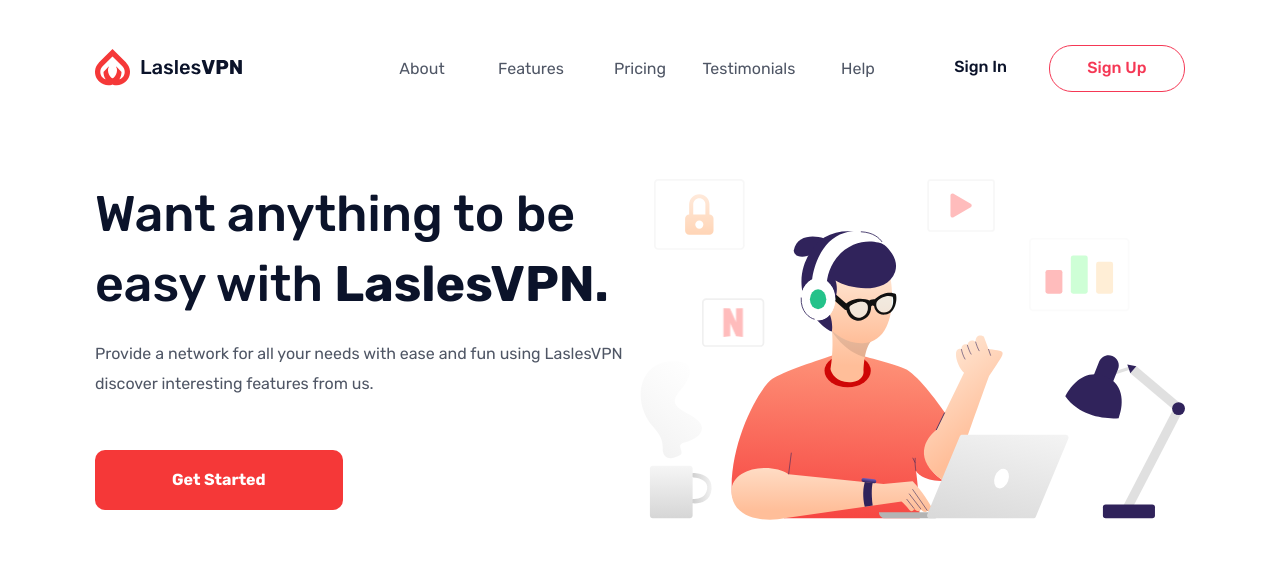
Repository: pixendrit/beetroot-fe-g1
Page: classwork/15 - CSS GRID layout/vpn-grid/index.html
An editor plug-in stored every save of this project. The page is shown before and after the next save, followed by the edit.
The browser window is 1280 px wide. The pictures show the whole page.

Above is the page before, as saved 2021-02-15 18:37:38.

### classwork/15 - CSS GRID layout/vpn-grid/index.html
<!DOCTYPE html>
<html lang="en">

<head>
  <meta charset="UTF-8">
  <meta http-equiv="X-UA-Compatible" content="IE=edge">
  <meta name="viewport" content="width=device-width, initial-scale=1.0">
  <link rel="preconnect" href="https://fonts.gstatic.com">
  <link href="https://fonts.googleapis.com/css2?family=Rubik:ital,wght@0,300;0,400;0,500;0,600;0,700;0,800;0,900;1,300;1,400;1,500;1,600;1,700;1,800;1,900&display=swap"
    rel="stylesheet">
  <link rel="stylesheet" href="./css/app.css">
  <title>VPN</title>
</head>

<body>
  <header class="main-header">
    <div class="container">
      <div class="grid-container">
        <a href="#" class="logo"><img src="./assets/logo.svg" alt="VPN"></a>
        <nav class="main-nav">
          <ul>
            <li><a href="#">About</a></li>
            <li><a href="#">Features</a></li>
            <li><a href="#">Pricing </a></li>
            <li><a href="#">Testimonials</a></li>
            <li><a href="#">Help</a></li>
          </ul>
        </nav>
        <nav class="nav-buttons">
          <a href="#" class="btn btn--empty">Sign In</a>
          <a href="#" class="btn btn--reversed">Sign Up</a>
        </nav>
      </div>
    </div>
  </header>
  <main class="main-content">
    <section class="hero">
      <div class="container">
        <div class="grid-container">
          <div class="hero__text">
            <h1>Want anything to be easy with <strong>LaslesVPN.</strong></h1>
            <p>Provide a network for all your needs with ease and fun using LaslesVPN discover interesting features from us.</p>
            <a href="" class="btn btn--big">Get Started</a>
          </div>
          <div class="hero__illustration">
            <svg width="612" height="383" viewBox="0 0 612 383" fill="none" xmlns="http://www.w3.org/2000/svg" xmlns:xlink="http://www.w3.org/1999/xlink">
              <path
                d="M148.253 224.689C159.46 216.907 201.156 202.889 220.604 196.853H242.447C255.411 200.066 284.535 207.791 297.326 212.976C310.117 218.161 333.436 248.866 342.799 263.126L332.611 282.633C306.684 308.215 327.574 330.8 341.402 339.154C320.661 339.154 311.73 331.376 309.858 327.487C311.932 339.241 313.603 368.106 314.179 381.07H161.641V357.51H103.462C98.1005 298.848 134.244 234.417 148.253 224.689Z"
                fill="url(#paint0_linear)" />
              <ellipse cx="233.172" cy="215.361" rx="25.9725" ry="18.5082" fill="#CF0606" />
              <path
                d="M213.89 213.45C217.262 194.065 216.074 176.128 215.547 169.939C216.284 164.145 246.944 174.997 261.692 180.792C253.37 185.006 251.114 206.075 251.026 216.083C251.289 219.376 249.235 226.355 238.911 227.935C221.634 229.937 215.032 219.112 213.89 213.45Z"
                fill="url(#paint1_linear)" />
              <mask id="mask0" mask-type="alpha" maskUnits="userSpaceOnUse" x="213" y="168" width="49" height="61">
                <path
                  d="M213.89 213.45C217.262 194.065 216.074 176.128 215.547 169.939C216.284 164.145 246.944 174.997 261.692 180.792C253.37 185.006 251.114 206.075 251.026 216.083C251.289 219.376 249.235 226.355 238.911 227.935C221.634 229.937 215.032 219.112 213.89 213.45Z"
                  fill="#BABABA" />
              </mask>
              <g mask="url(#mask0)">
                <path opacity="0.1"
                  d="M256.589 200.902C235.826 197.662 220.433 179.408 215.331 170.686C227.182 168.241 253.828 164.819 265.608 170.686C277.389 176.553 264.504 193.275 256.589 200.902Z"
                  fill="black" />
              </g>
              <path
                d="M250.264 184.341C284.366 182.858 285.34 136.222 281.565 113.089C219.951 60.8648 195.211 101.9 190.544 128.945C196.241 148.028 216.161 185.824 250.264 184.341Z"
                fill="url(#paint2_linear)" />
              <path d="M206.245 66.4749C196.434 63.3823 175.98 61.836 172.653 80.3916C172.653 92.3887 201.606 89.3494 206.245 66.4749Z" fill="#30235B" />
              <path d="M218.058 128.098L231.953 140.032L230.445 146.992L217.485 135.618L218.058 128.098Z" fill="#111111" />
              <path
                d="M203.929 138.83C215.791 148.879 216.56 164.571 215.461 171.161C211.617 170.131 200.881 163.459 188.69 145.008C169.25 105.304 192.671 75.6093 206.812 65.7246C244.703 43.6901 295.362 77.8745 286.507 104.028C277.652 130.181 235.299 124.14 219.58 114.118C222.874 124.003 219.854 133.75 217.932 137.388C210.519 120.09 189.102 126.268 203.929 138.83Z"
                fill="#30235B" />
              <path
                d="M229.321 60.6219C254.553 53.3745 269.92 66.4378 274.45 73.8754C269.361 71.1352 255.258 67.299 239.555 73.8754C214.726 85.2834 209.301 109.609 209.693 120.346L193.252 119.172V113.132C194.762 98.6487 204.089 67.8694 229.321 60.6219Z"
                fill="white" />
              <ellipse cx="199.985" cy="135.067" rx="19.2976" ry="23.6088" fill="white" />
              <ellipse cx="199.985" cy="135.067" rx="19.2976" ry="23.6088" fill="white" />
              <ellipse cx="199.985" cy="135.067" rx="9.21133" ry="11.2692" fill="#24C28A" />
              <path opacity="0.5"
                d="M284.303 131.464C277.15 129.254 269.447 133.967 266.489 136.6C261.111 141.735 269.266 154.792 278.695 148.777C286.238 143.965 285.577 135.231 284.303 131.464Z"
                fill="#E6FCFF" />
              <path fill-rule="evenodd" clip-rule="evenodd"
                d="M263.458 135.05C273.804 125.493 283.615 127.126 287.228 129.138C289.318 134.673 287.228 150.849 275.69 152.283C266.459 153.43 263.296 146.294 262.868 142.582C261.114 141.165 259.948 142.387 259.585 143.174C259.888 153.49 251.596 160.467 242.696 158.849C235.577 157.555 232.478 150.441 231.818 147.045H230.346V141.01C239.617 131.932 252.425 134.157 257.67 136.404C259.049 135.321 262.104 135.05 263.458 135.05ZM283.76 132.112C276.607 129.901 270.072 133.689 267.114 136.322C261.736 141.457 268.8 154.038 278.669 148.777C284.579 145.627 285.033 135.878 283.76 132.112ZM243.315 138.843C247.22 137.572 255.185 136.722 255.795 143.489C256.558 151.948 248.861 158.188 242.136 154.86C237.266 152.45 235.272 147.51 235.272 144.39C235.272 141.894 240.634 139.652 243.315 138.843Z"
                fill="#111111" />
              <path opacity="0.5"
                d="M255.821 143.489C255.211 136.722 247.246 137.572 243.34 138.844C240.66 139.652 235.298 141.894 235.298 144.39C235.298 147.51 237.292 152.45 242.162 154.86C248.887 158.188 256.583 151.948 255.821 143.489Z"
                fill="#E6FCFF" />
              <path
                d="M103.413 357.585C109.412 384.321 145.039 384.375 162.102 381.061L293.628 362.058C295.323 363.531 299.384 367.413 302.061 371.165C304.738 374.916 307.192 372.279 308.084 370.491C311.939 374.668 314.777 372.68 315.714 371.165C319.034 375.344 321.827 373.885 322.809 372.633C327.413 376.06 328.576 373.082 328.581 371.165C322.299 357.862 311.029 344.529 306.18 339.525L273.385 342.528L166.83 331.664C146.614 317.481 95.9136 324.165 103.413 357.585Z"
                fill="url(#paint3_linear)" />
              <path
                d="M358.251 317.133C352.31 336.319 344.12 339.671 340.767 338.949C305.481 315.337 320.633 291.141 332.62 281.995L363.865 217.664C359.341 214.126 354.301 203.059 354.818 196.08C355.232 190.497 359.04 190.31 360.892 190.915C361.409 185.13 365.588 185.314 367.613 186.129C369.371 179.822 374.463 181.175 376.789 182.639C377.099 173.954 383.122 175.144 386.094 176.824L391.312 190.915C393.444 191.211 398.388 191.895 401.111 192.267C404.515 192.731 408.848 193.35 406.681 198.146C404.949 201.984 396.16 215.115 391.982 221.201C383.214 245.184 364.193 297.946 358.251 317.133Z"
                fill="url(#paint4_linear)" />
              <path d="M268.31 374.167H337.116C337.116 377.979 334.025 381.07 330.213 381.07H275.212C271.4 381.07 268.31 377.979 268.31 374.167Z" fill="#B4B4B4" />
              <path
                d="M359.053 289.218C359.534 288.064 360.662 287.313 361.912 287.313H478.112C480.322 287.313 481.821 289.561 480.971 291.601L444.466 379.164C443.985 380.318 442.858 381.07 441.608 381.07H325.407C323.197 381.07 321.698 378.821 322.549 376.781L359.053 289.218Z"
                fill="url(#paint5_linear)" />
              <path d="M166.87 331.632L169.956 307.343" stroke="#30235B" stroke-width="0.619401" />
              <path d="M309.764 327.631C309.301 324.78 308.514 317.889 309.069 313.134" stroke="#30235B" stroke-width="0.619401" />
              <path d="M308.925 318.451L306.271 313.072" stroke="#30235B" stroke-width="0.619401" />
              <path d="M307.986 370.269L299.368 359.392" stroke="#30235B" stroke-width="0.619401" />
              <path d="M315.614 370.807L302.164 353.352" stroke="#30235B" stroke-width="0.619401" />
              <path d="M322.685 372.407L305.967 348.319" stroke="#30235B" stroke-width="0.619401" />
              <path d="M360.888 191.019C361.349 193.415 362.851 199.078 365.177 202.566" stroke="#30235B" stroke-width="0.619401" />
              <path d="M376.818 182.69C377.522 185.162 379.356 190.737 381.056 193.262" stroke="#30235B" stroke-width="0.619401" />
              <path d="M367.52 186.282C368.349 188.973 370.409 194.889 372.012 197.026" stroke="#30235B" stroke-width="0.619401" />
              <path d="M391.246 190.906L393.81 198.408" stroke="#30235B" stroke-width="0.619401" />
              <ellipse cx="405.978" cy="336.423" rx="7.86131" ry="11.3813" transform="rotate(19.8998 405.978 336.423)" fill="white" />
              <rect x="609.137" y="261.004" width="126.405" height="10.3543" transform="rotate(117.371 609.137 261.004)" fill="#E0E0E0" />
              <rect x="519.833" y="365.447" width="58.4432" height="15.6235" rx="3.09701" fill="#30235B" />
              <rect x="602.449" y="262.019" width="67.8967" height="10.3543" transform="rotate(-139.766 602.449 262.019)" fill="#E0E0E0" />
              <rect x="551.719" y="213.653" width="20.0325" height="3.56661" transform="rotate(162.128 551.719 213.653)" fill="#E0E0E0" />
              <circle cx="604.767" cy="257.849" r="7.23339" fill="#30235B" />
              <path d="M547.196 208.427L557.329 210.308L550.633 218.144L547.196 208.427Z" fill="#30235B" />
              <path d="M515.634 205.05C517.968 199.187 524.613 196.326 530.476 198.66C536.339 200.994 539.2 207.639 536.866 213.503L530.412 229.715L509.18 221.262L515.634 205.05Z"
                fill="#30235B" />
              <path
                d="M522.366 221.591C498.803 212.339 483.125 233.065 477.59 244.042C493.951 267.368 523.921 269.764 537.503 268.59C542.276 256.779 545.93 230.843 522.366 221.591Z"
                fill="#30235B" />
              <path
                d="M45.9919 309.441C30.8299 318.722 26.0589 310.258 25.5686 304.867C25.5686 297.024 25.5686 290.489 15.2755 278.888C-9.55896 251.44 -1.7165 207.653 32.5943 204.875C66.9051 202.098 56.9386 223.828 44.8481 237.879C32.7816 251.902 40.4065 256.161 58.4651 266.248L58.5725 266.308C82.0999 280.522 62.4937 293.266 50.8934 295.554C39.2931 297.841 49.2595 304.867 45.9919 309.441Z"
                fill="url(#paint6_linear)" />
              <path d="M196.089 157.483C190.716 156.355 180.059 149.308 181.021 133.118" stroke="#30235B" stroke-width="0.949425" />
              <path d="M271.78 70.6571C268.855 66.3154 261.945 59.8983 248.015 59.2402" stroke="#30235B" stroke-width="0.949425" />
              <path
                d="M80.3817 348.499C81.6643 333.806 68.0855 330.269 59.7797 330.27C58.7811 330.27 57.9288 330.954 57.6393 331.909C57.166 333.471 58.3638 335.046 59.9912 335.169C67.3256 335.721 77.2155 338.841 75.3912 348.499C73.6208 357.871 65.4975 359.638 59.7464 359.24C58.1618 359.131 56.6766 360.311 56.6766 361.899C56.6766 363.082 57.5134 364.11 58.6903 364.233C66.4491 365.047 79.1255 362.888 80.3817 348.499Z"
                fill="url(#paint7_linear)" />
              <path
                d="M59.0796 325.094V377.973C59.0796 379.683 57.693 381.07 55.9826 381.07H14.2349C12.5245 381.07 11.1379 379.683 11.1379 377.973L11.138 325.094C11.138 323.384 12.5245 321.997 14.235 321.997H55.9826C57.693 321.997 59.0796 323.384 59.0796 325.094Z"
                fill="url(#paint8_linear)" />
              <path d="M332.578 281.938L342.169 262.272" stroke="#30235B" stroke-width="0.949425" />
              <path d="M252.429 340.283C249.241 351.043 251.101 363.199 252.429 367.932L261.294 366.675C259.446 352.574 260.524 343.857 261.294 341.262L252.429 340.283Z"
                fill="#30235B" />
              <rect x="248.917" y="335.674" width="16.7668" height="4.34698" rx="2.17349" transform="rotate(6.01694 248.917 335.674)" fill="url(#paint9_linear)" />
              <rect opacity="0.5" x="323.635" y="1.17599" width="73.8938" height="57.2037" rx="2.54344" stroke="#F0F0F0" stroke-width="1.89885" />
              <path
                d="M371.373 27.778C372.913 28.6668 372.913 30.8889 371.373 31.7777L352.1 42.9052C350.56 43.7941 348.636 42.683 348.636 40.9053V18.6504C348.636 16.8727 350.56 15.7616 352.1 16.6505L371.373 27.778Z"
                fill="#FF7979" />
              <rect opacity="0.5" x="338.473" y="8.57031" width="42.583" height="39.2283" fill="white" />
              <rect opacity="0.5" x="16.6064" y="1.0588" width="99.9827" height="77.5477" rx="3.7977" stroke="#F0F0F0" stroke-width="1.89885" />
              <path
                d="M77.9862 39.8329C79.1944 39.8329 80.3531 40.3128 81.2074 41.1671C82.0617 42.0214 82.5416 43.1801 82.5416 44.3882V58.0544C82.5416 59.2626 82.0617 60.4212 81.2074 61.2756C80.3531 62.1299 79.1944 62.6098 77.9862 62.6098H55.2093C54.0011 62.6098 52.8424 62.1299 51.9881 61.2756C51.1338 60.4212 50.6539 59.2626 50.6539 58.0544V44.3882C50.6539 43.1801 51.1338 42.0214 51.9881 41.1671C52.8424 40.3128 54.0011 39.8328 55.2093 39.8329V28.4444C55.2093 25.424 56.4091 22.5273 58.5449 20.3915C60.6806 18.2558 63.5773 17.0559 66.5978 17.0559C69.6182 17.0559 72.5149 18.2558 74.6506 20.3915C76.7864 22.5273 77.9862 25.424 77.9862 28.4444V39.8329ZM66.5978 55.7767C67.8059 55.7767 68.9646 55.2968 69.8189 54.4425C70.6732 53.5882 71.1531 52.4295 71.1531 51.2213C71.1531 50.0132 70.6732 48.8545 69.8189 48.0002C68.9646 47.1459 67.8059 46.6659 66.5978 46.6659C65.3896 46.6659 64.2309 47.1459 63.3766 48.0002C62.5223 48.8545 62.0424 50.0132 62.0424 51.2213C62.0424 52.4295 62.5223 53.5882 63.3766 54.4425C64.2309 55.2968 65.3896 55.7767 66.5978 55.7767ZM73.4308 39.8329V28.4444C73.4308 26.6321 72.7109 24.8941 71.4295 23.6127C70.148 22.3312 68.41 21.6113 66.5978 21.6113C64.7855 21.6113 63.0475 22.3312 61.766 23.6127C60.4846 24.8941 59.7647 26.6321 59.7647 28.4444V39.8329H73.4308Z"
                fill="url(#paint10_linear)" />
              <rect opacity="0.5" x="36.5493" y="8.15186" width="60.7536" height="58.4305" fill="white" />
              <rect opacity="0.5" x="70.5715" y="134.896" width="68.0659" height="52.6592" rx="3.7977" stroke="#E2E2E2" stroke-width="1.89885" />
              <mask id="mask1" mask-type="alpha" maskUnits="userSpaceOnUse" x="88" y="145" width="33" height="33">
                <rect x="88.4522" y="145.073" width="32.3045" height="32.3045" fill="url(#pattern0)" />
              </mask>
              <g mask="url(#mask1)">
                <rect x="80.6368" y="131.939" width="44.3269" height="54.6698" fill="#FF7979" />
              </g>
              <rect opacity="0.5" x="85.6575" y="139.016" width="42.9317" height="45.3675" fill="white" />
              <rect opacity="0.5" x="437.758" y="67.1135" width="111.022" height="80.4669" rx="3.7977" stroke="#F7F7F7" stroke-width="1.89885" />
              <rect x="455.318" y="102.172" width="18.9885" height="26.5653" rx="2.58027" fill="#FF7979" />
              <rect x="483.774" y="85.9568" width="18.9885" height="42.7804" rx="2.58027" fill="#9EFFAE" />
              <rect x="512.23" y="92.8569" width="18.9885" height="35.8803" rx="2.58027" fill="#FFDEAD" />
              <rect opacity="0.5" x="443.521" y="79.5562" width="96.4972" height="58.4137" fill="white" />
              <defs>
                <pattern id="pattern0" patternContentUnits="objectBoundingBox" width="1" height="1">
                  <use xlink:href="#image0" transform="scale(0.00195312)" />
                </pattern>
                <linearGradient id="paint0_linear" x1="235.261" y1="166.563" x2="222.861" y2="414.901" gradientUnits="userSpaceOnUse">
                  <stop stop-color="#FF9F81" />
                  <stop offset="1" stop-color="#F53838" />
                </linearGradient>
                <linearGradient id="paint1_linear" x1="235.127" y1="99.3437" x2="232.91" y2="209.644" gradientUnits="userSpaceOnUse">
                  <stop stop-color="#FFEFE0" />
                  <stop offset="1" stop-color="#FFBE99" />
                </linearGradient>
                <linearGradient id="paint2_linear" x1="236.808" y1="87.928" x2="236.808" y2="184.383" gradientUnits="userSpaceOnUse">
                  <stop stop-color="#FFEFE0" />
                  <stop offset="1" stop-color="#FFBE99" />
                </linearGradient>
                <linearGradient id="paint3_linear" x1="215.622" y1="288.635" x2="215.622" y2="372.501" gradientUnits="userSpaceOnUse">
                  <stop offset="0.0677966" stop-color="#FFEFE0" />
                  <stop offset="1" stop-color="#FFBE99" />
                </linearGradient>
                <linearGradient id="paint4_linear" x1="332.507" y1="165.546" x2="413.893" y2="260.794" gradientUnits="userSpaceOnUse">
                  <stop stop-color="#FFEFE0" />
                  <stop offset="1" stop-color="#FFBE99" />
                </linearGradient>
                <linearGradient id="paint5_linear" x1="435.21" y1="216.948" x2="389.565" y2="406.293" gradientUnits="userSpaceOnUse">
                  <stop offset="0.0171777" stop-color="white" />
                  <stop offset="1" stop-color="#D7D7D7" />
                </linearGradient>
                <linearGradient id="paint6_linear" x1="-22.6908" y1="321.388" x2="69.622" y2="204.633" gradientUnits="userSpaceOnUse">
                  <stop stop-color="#ECECEC" />
                  <stop offset="1" stop-color="#F5F5F5" stop-opacity="0" />
                </linearGradient>
                <linearGradient id="paint7_linear" x1="88.5126" y1="337.422" x2="56.6766" y2="338.121" gradientUnits="userSpaceOnUse">
                  <stop stop-color="white" />
                  <stop offset="1" stop-color="#CCCCCC" />
                </linearGradient>
                <linearGradient id="paint8_linear" x1="35.1088" y1="304.164" x2="35.1088" y2="399.388" gradientUnits="userSpaceOnUse">
                  <stop stop-color="white" />
                  <stop offset="1" stop-color="#CCCCCC" />
                </linearGradient>
                <linearGradient id="paint9_linear" x1="256.982" y1="334.824" x2="256.87" y2="340.092" gradientUnits="userSpaceOnUse">
                  <stop stop-color="#7F67CE" />
                  <stop offset="1" stop-color="#30235B" />
                </linearGradient>
                <linearGradient id="paint10_linear" x1="66.5978" y1="17.0559" x2="66.5978" y2="62.6098" gradientUnits="userSpaceOnUse">
                  <stop stop-color="#FFD5B7" />
                  <stop offset="1" stop-color="#FFAB6D" />
                </linearGradient>
                <image id="image0" width="512" height="512"
                  xlink:href="data:[embedded picture, 21142 characters]" />
              </defs>
            </svg>

          </div>
        </div>
      </div>
    </section>
  </main>
  <footer class="main-footer"></footer>
</body>

</html>

### classwork/15 - CSS GRID layout/vpn-grid/css/app.css
/* http://meyerweb.com/eric/tools/css/reset/
   v2.0 | 20110126
   License: none (public domain)
*/

html, body, div, span, applet, object, iframe,
h1, h2, h3, h4, h5, h6, p, blockquote, pre,
a, abbr, acronym, address, big, cite, code,
del, dfn, em, img, ins, kbd, q, s, samp,
small, strike, strong, sub, sup, tt, var,
b, u, i, center,
dl, dt, dd, ol, ul, li,
fieldset, form, label, legend,
table, caption, tbody, tfoot, thead, tr, th, td,
article, aside, canvas, details, embed,
figure, figcaption, footer, header, hgroup,
menu, nav, output, ruby, section, summary,
time, mark, audio, video {
	margin: 0;
	padding: 0;
	border: 0;
	font-size: 100%;
	font: inherit;
	vertical-align: baseline;
}
/* HTML5 display-role reset for older browsers */
article, aside, details, figcaption, figure,
footer, header, hgroup, menu, nav, section {
	display: block;
}
body {
	line-height: 1;
}
ol, ul {
	list-style: none;
}
blockquote, q {
	quotes: none;
}
blockquote:before, blockquote:after,
q:before, q:after {
	content: '';
	content: none;
}
table {
	border-collapse: collapse;
	border-spacing: 0;
}

/* ------------------------ */
.container {
  max-width: 1090px;
  width: 100%;
  margin: 0 auto;
}
body {
  font-family: 'Rubik';
  font-size: 16px;
}
a {
  text-decoration: none;
}
.main-header {
  padding-top: 45px;
  padding-bottom: 45px;
}
.main-header .grid-container {
  display: grid;
  grid-template-columns: 1fr 2fr 1fr;
   align-items: center;
}

.main-nav ul {
  display: grid;
  grid-template-columns: repeat(5,1fr);
  justify-items: center;
}
.nav-buttons {
  display: grid;
  grid-template-columns: repeat(2,1fr);
}
.main-nav a {

  transition: all .3s ease-in-out;
  color: #4F5665;
}
.main-nav a:hover {
  color: #F53855;

}
.nav-buttons .btn {
  height: 45px;
  line-height: 43px;
  color: #F53855;
  border:1px solid #F53855;
  text-align: center;
  border-radius: 23px;
  font-weight: 500;
  transition: all .3s ease-in-out;
}
.nav-buttons .btn--empty {
  border:0;
  color: #0B132A;

}
.nav-buttons .btn--empty:hover {
 color: #F53855;
}
.nav-buttons .btn--reversed:hover {
  color: white;
  background-color: #F53855;
}
svg,img {
  max-width: 100%;
  height: auto;
}

/* =========== HERO ============ */
.hero {
  padding-top: 42px;
  width: 100%;
}
.hero .grid-container {
  display: grid;
  grid-template-columns: repeat(2,1fr);
}
.hero__content {
  padding-top: 30px;
}
.hero h1 {
  font-weight: 500;
  font-size: 50px;
  line-height: 1.4em;
  color: #0B132A;
  margin-bottom: 20px;
}
.hero h1 strong {
  font-weight: bold;
}
.hero p {
  margin-bottom: 50px;

  line-height: 1.9em;
  color: #4F5665;
}
.hero .btn--big {
  height: 60px;
  line-height: 60px;
  padding:0 77px;
  border-radius: 10px;
  background-color: #F53838;
  color: #fff;
  font-weight: 700;
  display: inline-block;
  /* rgba(245, 56, 56, 0.35); */
}
/* =========== END HERO ============ */

After the next save:
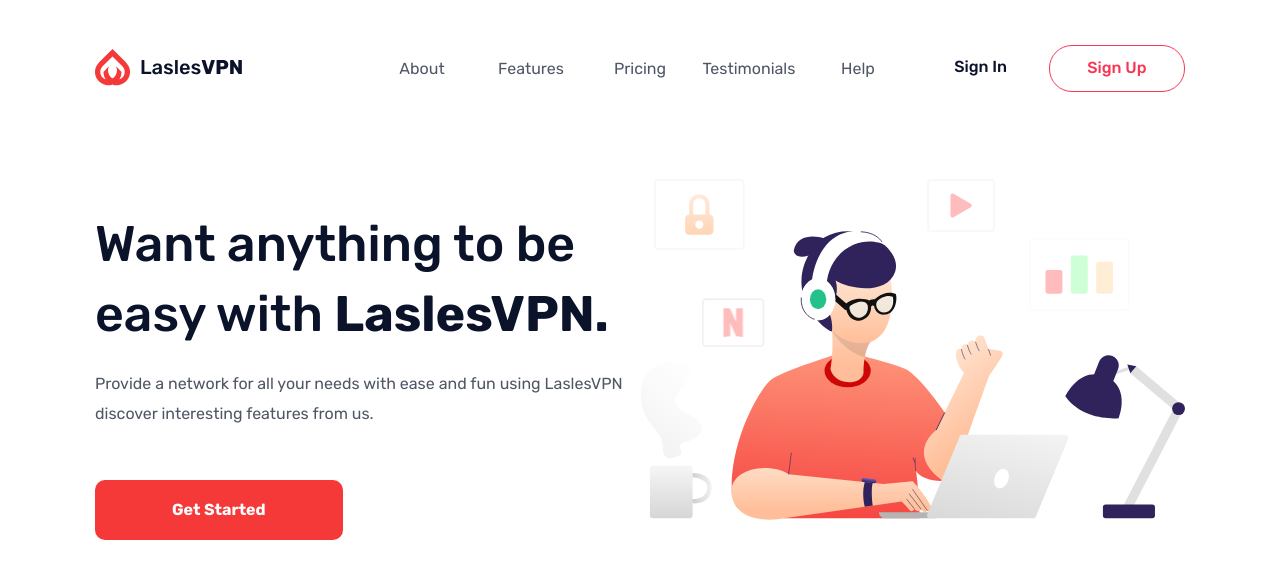
Saved 8 s later.
--- a/classwork/15 - CSS GRID layout/vpn-grid/css/app.css
+++ b/classwork/15 - CSS GRID layout/vpn-grid/css/app.css
@@ -124,7 +124,7 @@
   display: grid;
   grid-template-columns: repeat(2,1fr);
 }
-.hero__content {
+.hero__text {
   padding-top: 30px;
 }
 .hero h1 {
